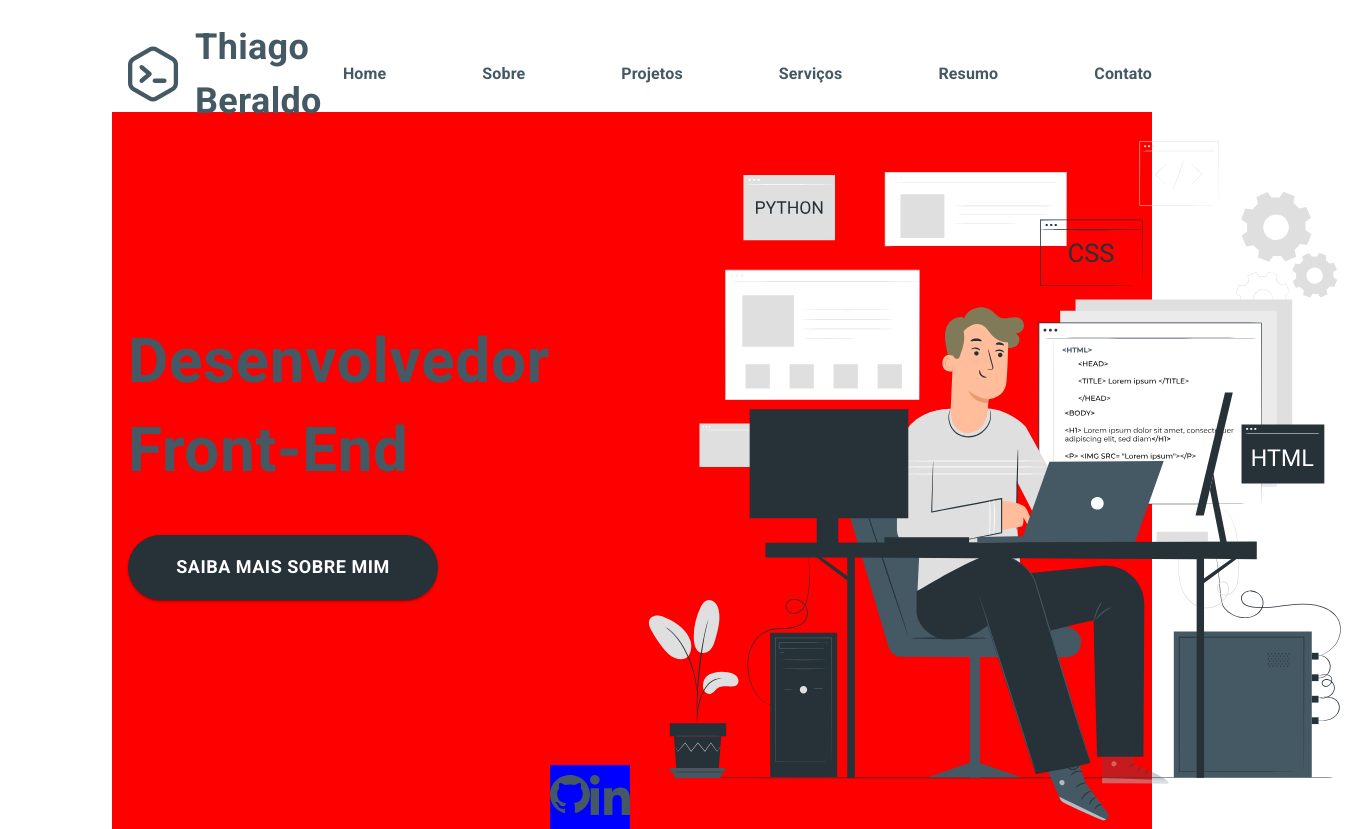
Repository: lenx0/myportfolio
Page: /
An editor plug-in stored every save of this project. The page is shown before and after a run of saves, followed by the edit.
The browser window is 1280 px wide. The page is 1351 px wide, then 1366 px, so the pictures cover 1366 px, including what lies to the right of the window. The pictures show the whole page.
The project was rebuilt for these pictures with package versions that can differ from the ones it lists, and the page was loaded fresh each time. Also part of the build but not shown: vite.config.js.

Above is the page before, as saved 2024-06-07 10:35:35.

### index.html
<!doctype html>
<html lang="en">
  <head>
    <meta charset="UTF-8" />
    <link href="https://fonts.googleapis.com/css2?family=Roboto:wght@400;700&display=swap" rel="stylesheet">
    <meta name="viewport" content="width=device-width, initial-scale=1.0" />
    <title>Portfólio</title>
  </head>
  <body>
    <div id="root"></div>
    <script type="module" src="/src/main.jsx"></script>
  </body>
</html>

### src/App.jsx
import { Box } from "@mui/material";
import Header from "./components/Header";
import "./global.css";
import Home from "./components/Home";

function App() {
  return (
    <Box
      sx={{
        margin: "0 10% 0 10%",
      }}
    >
      <Header />
      <Home />
    </Box>
  );
}

export default App;

### src/components/Header/index.jsx
import { Typography, Box } from "@mui/material";
import Logo from "/assets/logos/logo.svg";

export default function Header() {
  const menuItems = [
    "Home",
    "Sobre",
    "Projetos",
    "Serviços",
    "Resumo",
    "Contato",
  ];

  return (
    <>
      <Box
        component="header"
        sx={{
          display: "flex",
          alignItems: "center",
          justifyContent: "space-between",
          mt: "20px",
        }}
      >
        <Box display="flex">
          <Box component="img" src={Logo}></Box>
          <Typography
            sx={{
              fontSize: 36,
              color: "#445964",
              fontWeight: 700,
              ml: 2,
            }}
          >
            Thiago Beraldo
          </Typography>
        </Box>

        <Box
          sx={{
            display: "flex",
            gap: "96px",
            color: "#445964",
          }}
        >
          {menuItems.map((item) => (
            <Typography sx={{ cursor: "pointer", fontWeight: 700 }} key={item}>
              {item}
            </Typography>
          ))}
        </Box>
      </Box>
    </>
  );
}

### src/global.css
body {
    margin: 0;
    padding: 0;
    box-sizing: border-box;
    font-family: 'Roboto', sans-serif;
}

### src/components/Home/index.jsx
import { Box, Button, Grid, Typography } from "@mui/material";
import HomeArt from "/assets/images/Art1.svg";
import Github from "/assets/icons/Github.svg";
import Linkedin from "/assets/icons/Linkedin.svg";

const Home = () => {
  const titleStyle = {
    fontSize: 62,
    fontWeight: 700,
    color: "#445964",
    flexShrink: 1,
    mb: 5,
    maxWidth: "50vw",
  };

  return (
    <Grid
      container
      direction="row"
      alignItems="center"
      spacing={2}
      wrap="nowrap"
      backgroundColor="red"
    >
      <Grid item>
        <Typography variant="body2" sx={titleStyle}>
          Desenvolvedor Front-End
        </Typography>
        <Button
          variant="contained"
          sx={{
            fontSize: 18,
            fontWeight: 700,
            backgroundColor: "#263138",
            width: 310,
            height: 65,
            borderRadius: 20,
            mb: 5,
          }}
        >
          Saiba mais sobre mim
        </Button>
      </Grid>
      <Box
        sx={{
          display: "flex",
          justifyContent: "center",
          marginTop: "auto",
          padding: "10px 0",
          backgroundColor: "blue",
        }}
      >
        <Box>
          <img src={Github} />
        </Box>
        <Box>
          <img src={Linkedin} />
        </Box>
      </Box>

      <Grid item>
        <img src={HomeArt} alt="Home Art" />
      </Grid>
    </Grid>
  );
};

export default Home;

Loaded but not shown: src/main.jsx (common file)

After the next 2 saves:
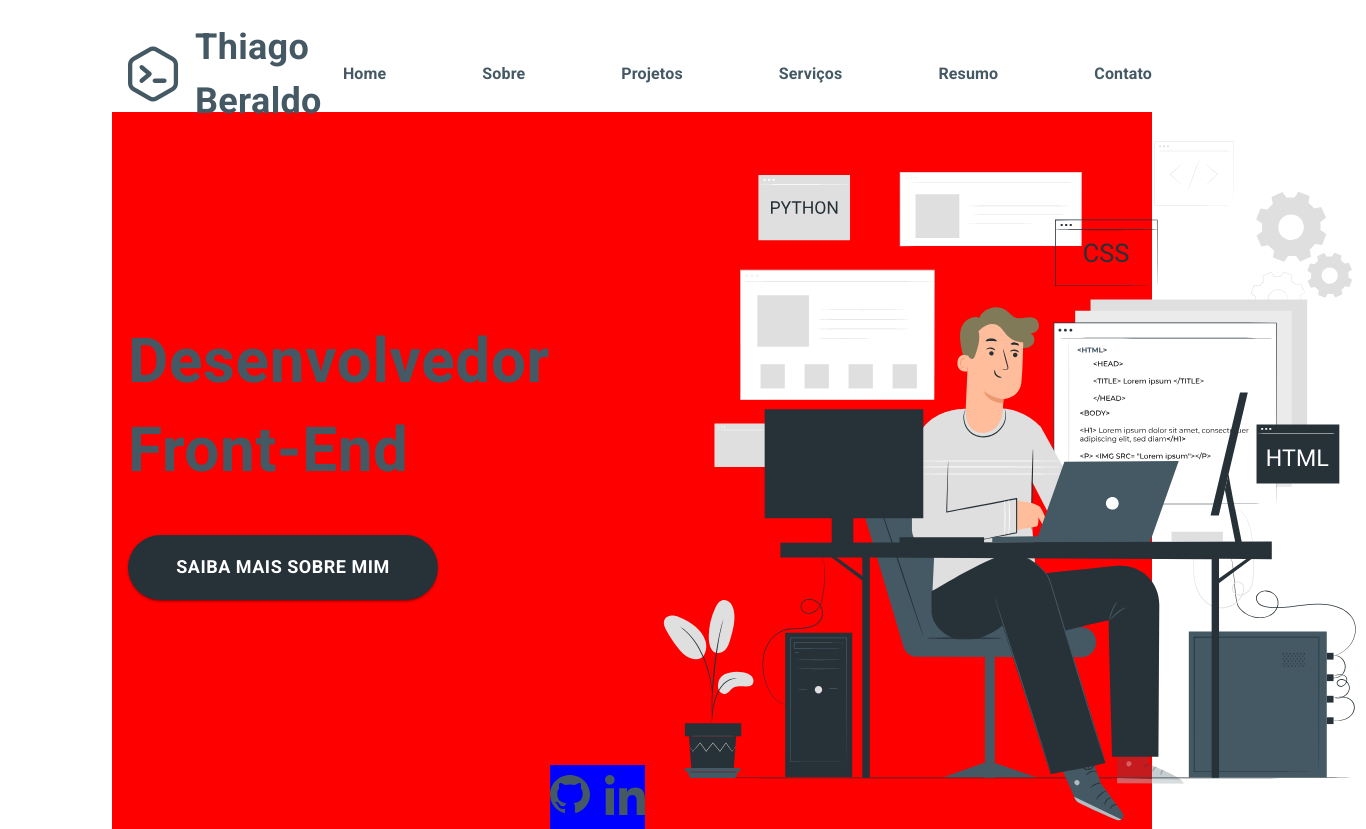
The 2 saves are shown as one change because they came seconds apart.
The last was saved 18 s later.
--- a/src/components/Home/index.jsx
+++ b/src/components/Home/index.jsx
@@ -48,6 +48,7 @@
           marginTop: "auto",
           padding: "10px 0",
           backgroundColor: "blue",
+          gap: "15px"
         }}
       >
         <Box>
